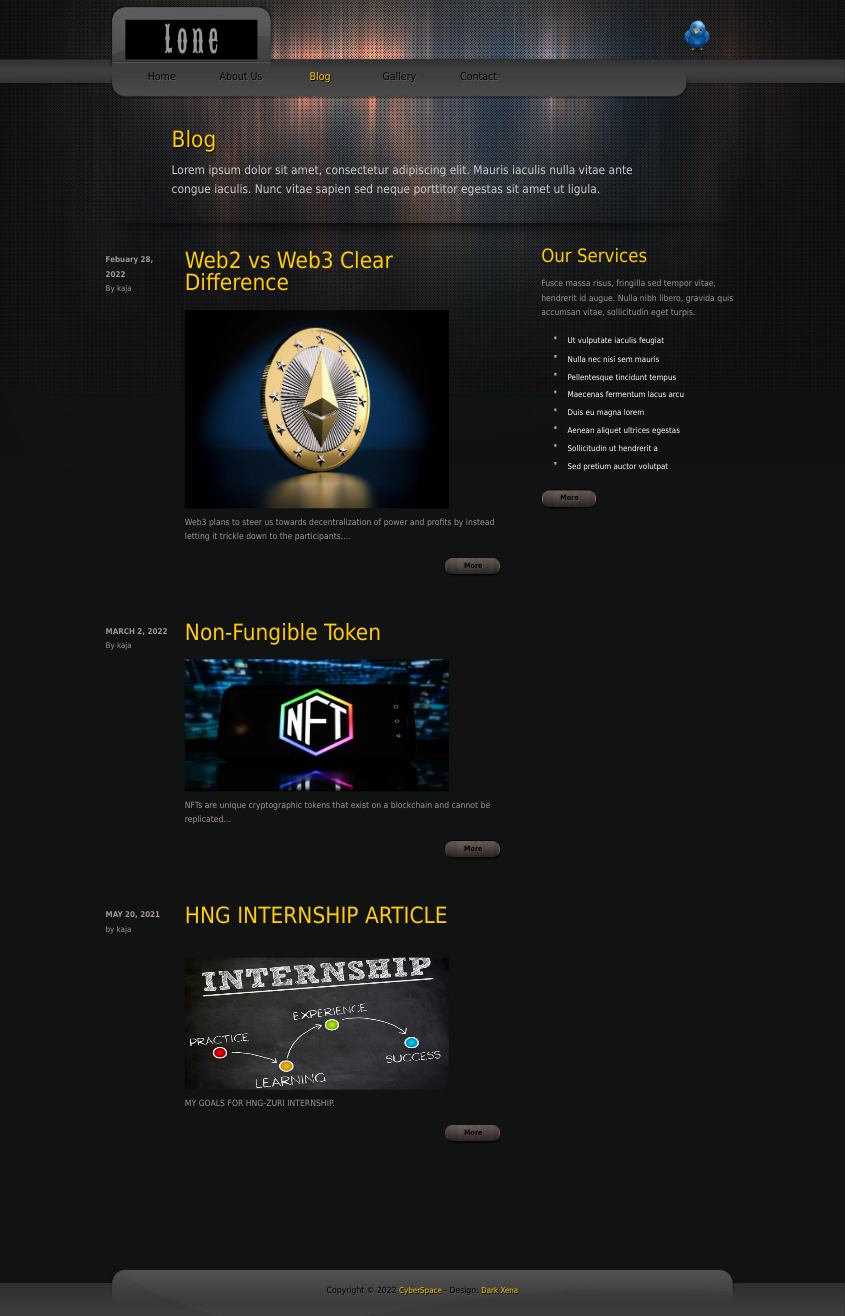
Repository: xenacode-art/Portfolio
Page: 2020_dark_pixel/blog.html
An editor plug-in stored every save of this project. The page is shown before and after the next save, followed by the edit.
The browser window is 1280 px wide. The pictures show the whole page, at 66% of full size.
Pictures or frames that could not be fetched are drawn as grey boxes.

Above is the page before, as saved 2022-03-08 00:50:16.

### 2020_dark_pixel/blog.html
<!DOCTYPE html PUBLIC "-//W3C//DTD XHTML 1.0 Transitional//EN" "http://www.w3.org/TR/xhtml1/DTD/xhtml1-transitional.dtd">
<html xmlns="http://www.w3.org/1999/xhtml">
<head>
<meta http-equiv="Content-Type" content="text/html; charset=utf-8" />
<!--
	Template 2020 Dark Pixel
    http://www.tooplate.com/view/2020-dark-pixel
-->
<title>Dark</title>
<meta name="keywords" content="" />
<meta name="description" content="" />
<link href="tooplate_style.css" rel="stylesheet" type="text/css" />
</head>
<body>

<div id="tooplate_wrapper">

    <div id="tooplate_header">

    	<div id="site_title"><h1><a href="#">Dark</a></h1></div>
        <div id="twitter"><a href="#"></a></div>

        <div id="tooplate_menu">
            <ul>
                <li><a href="index.html">Home</a></li>
                <li><a href="about.html">About Us</a></li>
                <li><a href="blog.html" class="current">Blog</a></li>
                <li><a href="gallery.html">Gallery</a></li>
                <li class="last"><a href="contact.html">Contact</a></li>
            </ul>
        </div> <!-- end of tooplate_menu -->

    </div> <!-- end of header -->

    <div id="tooplate_middle">
    	<div id="mid_title">
			Blog
        </div>
        <p>Lorem ipsum dolor sit amet, consectetur adipiscing elit. Mauris iaculis nulla vitae ante congue iaculis. Nunc vitae sapien sed neque porttitor egestas sit amet ut ligula.</p>
    </div> <!-- end of middle -->

    <div id="tooplate_main">
    	<div class="col_w960 hr_divider">

            	<div class="col_w300 lp_box float_r">
                    <h2>Our Services</h2>
                    <p>Fusce massa risus, fringilla sed tempor vitae, hendrerit id augue. Nulla nibh libero, gravida quis accumsan vitae, sollicitudin eget turpis.</p>
                    <ul class="tooplate_list">
                        <li><a href="#">Ut vulputate iaculis feugiat</a></li>
                        <li><a href="#">Nulla nec nisi sem mauris</a></li>
                        <li><a href="#">Pellentesque tincidunt tempus </a></li>
                        <li><a href="#">Maecenas fermentum lacus arcu</a></li>
                        <li><a href="#"> Duis eu magna lorem</a></li>
                        <li><a href="#">Aenean aliquet ultrices egestas</a></li>
                        <li><a href="#">Sollicitudin ut hendrerit a</a></li>
                        <li><a href="#">Sed pretium auctor volutpat</a></li>
                    </ul>

					<a class="more" href="#">More</a>
                </div>

                <div class="col_w600 float_l">
                    <div class="post_box">
                        <div class="post_box_date">
                            Febuary 28, 2022
                            <span>By kaja</span>
                        </div>

						<div class="post_box_content">
                            <h2><a href="#">Web2 vs Web3 Clear Difference </a></h2>
                          <img src="images/tooplate_image_08.jpg" alt="Image 08" width="400" height="300"/>
                            <p> Web3 plans to steer us towards decentralization of power and profits by instead letting
                                it trickle down to the participants....</p>
                        </div>

						<a class="more float_r" href="https://xenacod.hashnode.dev/web2-vs-web3-clear-difference">More</a>
                        <div class="cleaner"></div>
                    </div>

					<div class="post_box">
                        <div class="post_box_date">
                            MARCH 2, 2022
                            <span>By kaja</span>
                        </div>

						<div class="post_box_content">
                            <h2><a href="#">Non-Fungible Token </a></h2>
                          <img src="images/tooplate_image_06.jpg" alt="Image 06" width="400" height="200" />
                            <p>NFTs are unique cryptographic tokens that exist on a blockchain and cannot be replicated...
                            </p>
                        </div>

						<a class="more float_r" href="https://xenacod.hashnode.dev/non-fungible-token-nft">More</a>
                        <div class="cleaner"></div>
                    </div>

					<div class="post_box">
                        <div class="post_box_date">
                            MAY 20, 2021
                            <span>by kaja</span>
                        </div>

						<div class="post_box_content">
                            <h2><a href="#">HNG INTERNSHIP ARTICLE </a></h2><br>
                            <img src="images/tooplate_image_07.jpg" alt="Image 07" width="400" height="200" /><br />
                            <p>MY GOALS FOR HNG-ZURI INTERNSHIP.</p>
                        </div>
                        <a class="more float_r"
                            href="https://docs.google.com/document/d/1pHQ8y1Fp89hCQCAmHdlH2IQBF5wXl0S7gurmJ_4CBN4/edit?usp=sharing"
                            </a>More</a>
                        <div class="cleaner"></div>
                    </div>

                </div>

                <div class="cleaner"></div>
        </div>

    </div> <!-- end of main -->

</div> <!-- end of wrapper -->

<div id="tooplate_footer_wrapper">
    <div id="tooplate_footer">

        Copyright © 2022 <a href="#">CyberSpace</a> - Design: <a href="http://www.tooplate.com/view/2020-dark-pixel">Dark Xena</a>

    </div> <!-- end of tooplate_footer -->
</div>
<!--   Free Website Template by t o o p l a t e . c o m   -->
</body>
</html>

### 2020_dark_pixel/tooplate_style.css
/*

Template 2020 Dark Pixel

http://www.tooplate.com/view/2020-dark-pixel

*/

body {
	margin: 0;
	padding: 0;
	color: #9c9893;
	font-family: Tahoma, Geneva, sans-serif;
	font-size: 13px;
	line-height: 1.7em;
	background-color: #111212;
	background-image: url(images/tooplate_body.jpg);
	background-repeat: repeat-x;
	background-position: top center
}

a, a:link, a:visited {
	color: #f9b507;
	font-weight: normal;
	text-decoration: underline;
	font-size: 12px;
}

a:hover {
	text-decoration:none;
}

a.more {
	display: block;
	width: 86px;
	height: 29px;
	padding: 2px 0 0;
	text-align: center;
	text-decoration: none;
	font-weight: 700;
	font-size: 11px;
	background: url(images/tooplate_more.png)  no-repeat top center;
	color: #000;
	text-shadow: 1px 1px 1px #625953
}

a.more:hover {
	color: #fff;
	text-shadow: 1px 1px 1px #000
}

p { margin: 0 0 10px 0; padding: 0; }
img { border: none; }
blockquote { font-style: italic; margin: 0 0 0 10px;}
cite { font-weight: bold; color:#fff; }
cite span { color: #fff; }
em { color: #c8690a; }

h1, h2, h3, h4, h5, h6 { color: #ffcc00; font-weight: normal; }
h1 { font-size: 34px; margin: 0 0 20px; padding: 5px 0 }
h2 { font-size: 28px; margin: 0 0 15px; padding: 5px 0; }
h3 { font-size: 24px; margin: 0 0 15px; padding: 0; }
h4 { font-size: 18px; margin: 0 0 15px; padding: 0; }
h5 { font-size: 16px; margin: 0 0 10px; padding: 0;  }
h6 { font-size: 14px; margin: 0 0 5px; padding: 0; }

.cleaner { clear: both }
.h10 { height: 10px }
.h20 { height: 20px }
.h30 { height: 30px }
.h40 { height: 40px }
.h50 { height: 50px }
.h60 { height: 60px }

.float_l { float: left }
.float_r { float: right }

.image_wrapper {
	display: inline-block;
	border: 1px solid #414141;
	padding: 4px;
	background: #000;
	margin-bottom: 5px
}

.image_fl {
	float: left;
	margin: 3px 30px 0 0
}

.image_fr {
	float: right;
	margin: 3px 0 0 30px
}

.tooplate_list {
	margin: 20px 0 20px 20px;
	padding: 0;
	list-style: none;
}

.tooplate_list li {
	color:#fff;
	margin: 0;
	padding: 0 0 5px 20px;
	background: url(images/tooplate_list.png) no-repeat scroll 0 5px;
}

.tooplate_list li a {
	color: #fff;
	font-weight: normal;
	font-size: 12px;
	text-decoration: none;
}

.tooplate_list li a:hover {
	text-decoration: underline;
}

#tooplate_wrapper {
	width: 960px;
	margin: 0 auto;
	padding: 0 10px;
	background: url(images/tooplate_body.jpg) top center no-repeat
}

#tooplate_header {
	clear: both;
	width: 940px;
	height: 130px;
	padding: 10px;
	background: url(images/tooplate_header.jpg) top center no-repeat
}

#site_title {
	float: left;
	width: 240px;
	height: 55px;
	margin: 20px auto;
}

#site_title h1 {
	margin: 0;
	padding: 0;
}

#site_title h1 a {
	display: block;
	width: 240px;
	height: 60px;
	color: #fff;
	outline: none;
	text-indent: -10000px;
	background: url(images/tooplate_logo.png) no-repeat top center
}

#twitter a{
	float: right;
	font-weight: normal;
	display: block;
	padding: 25px 55px 25px 0;
	margin: 20px 30px 0 0;
	color: #000;
	font-size: 18px;
	background: url(images/twitter.png)  no-repeat right center
}

/* menu */

#tooplate_menu {
	clear: both;
	width: 910px;
	padding: 0 15px;
	background: url(images/tooplate_menu.png)
}

#tooplate_menu ul {
	margin: 0 auto;
	padding: 0;
	list-style: none;
}

#tooplate_menu ul li {
	padding: 0;
	margin: 0;
	display: inline;
}

#tooplate_menu ul .last { background: none }

#tooplate_menu ul li a {
	float: left;
	display: block;
	width: 120px;
	padding: 0;
	font-size: 16px;
	color: #000;
	text-shadow: 1px 1px 1px #5f5f5f;
	text-align: center;
	text-decoration: none;
	font-weight: 400;
	outline: none;
	border: none;
}

#tooplate_menu ul li a:hover, #tooplate_menu ul .current {
	color: #ffcc00;
	text-shadow: 1px 1px 1px #000
}

/* end of menu */

#tooplate_middle {
	clear: both;
	width: 760px;
	padding: 50px 100px 60px;
	overflow: hidden;
	background: url(images/tooplate_mid_divider.png) bottom center no-repeat
}

#mid_title {
	font-size: 34px;
	font-weight: 400;
	color: #ffcc00;
	margin-bottom: 20px;
	text-shadow: 1px 1px 3px #000
}

#tooplate_middle p {
	width: 700px;
	font-size: 18px;
	color: #ccc;
	line-height: 30px;
}

/* main */

#tooplate_main {
	clear: both;
	width: 960px;
	padding: 0 0 40px;
	margin: 0;
}

.col_w960 { width: 960px; margin-bottom: 60px }
.col_w600 { width: 600px }
.col_w450 { width: 450px }
.col_w300 { width: 300px }
.col_w200 { width: 200px }
.col_allw300 { float: left; width: 300px; margin-right: 30px }
.col_last { margin: 0 }

.frontpage_box h2 {
	font-size: 20px;
	padding: 0;
	margin-bottom: 5px;
	color: #ffcc00;
}

.frontpage_box img {
	float: left; margin-right: 15px;
}

.frontpage_box a.more {
	margin-top: 15px;
}

.tagline {
	display: block;
	font-size: 11px;
	font-weight: bold;
	font-style: italic;
	color: #666;
	margin-bottom: 20px
}

.lp_frontpage {
	margin: 0;
	padding: 0;
	list-style: none
}

.lp_frontpage li {
	margin: 0;
	padding: 0;
	display: inline
}

.lp_frontpage li a {
	float: left;
	display: block;
	width: 200px;
	height: 100px;
	margin: 0 10px 10px 0
}

.lp_frontpage li a img {
	width: 190px;
	height: 90px;
	border: 1px solid #203252;
	padding: 4px;
}

.sb_lp_box { clear: both; margin-bottom: 20px }
.sb_lp_box img { width: 280px; height: 140px; padding: 9px; border: 1px solid #ccc }


#gallery {
	margin: 0;
	padding: 0
}

#gallery .gallery_box {
	clear: both;
	margin-bottom: 30px;
	padding-bottom: 30px;
	background: url(../images/tooplate_hr_divider.png) bottom repeat-x
}

#gallery .gallery_box img {
	float: left;
	width: 420px;
	height: 200px;
	border: 1px solid #ccc;
	padding: 9px;
	margin-right: 40px;
	background: #fff
}

#gallery .last_box {
	margin-bottom: 0;
	padding-bottom: 0;
	background: none
}

.news_box { margin-bottom: 60px }
.news_box h2 { font-size: 16px; margin-bottom: 0 }
.news_box p.date { color: #000; margin-bottom: 0 }
.news_box img { float: left; width: 100px; height: 100px; border: 5px solid #ccc; margin-right: 20px; }
.news_box a.more { float: right; }

.post_box {
	clear: both;
	margin-bottom: 30px;
	padding-bottom: 30px;
	background: repeat-x bottom;
}

.post_box_date {
	float: left;
	width: 100px;
	font-size: 12px;
	font-weight: bold;
	padding-top:10px;
}

.post_box_date span {
	display: block;
	font-weight: normal;
}

.post_box_content {
	float: right;
	width: 480px
}

.post_box_content img {
	margin-bottom: 10px
}

.post_box h2 {
	font-size: 34px;
	margin-bottom: 20px;
}

.post_box h2 a {
	color: #ffcc00;
	font-size: 34px;
	font-weight: normal;
	line-height: 34px;
	margin-bottom: 20px;
	text-decoration: none
}

.post_box h2 a span {
	font-size: 12px;
	color: #333
}

.post_box p {
	margin-bottom: 0;
}

.post_box p.date {
	font-size: 10px;
	font-weight: 700;
	color: #0e4369
}

.post_box .more {
	clear: both;
	float: right;
	margin-top: 20px;
}

.lbe_box {
	clear: both;
	margin-bottom: 20px;
}

.lbe_date {
	float: left;
	width: 100px;
	font-size: 12px;
	font-weight: bold;
}

.lbe_date span {
	display: block;
	font-weight: normal;
}

.lbe_content {
	float: right;
	width: 320px;
}

.lbe_box h3 {
	font-size: 16px;
	margin-bottom: 0;
}

.lbe_box h3 a {
	color: #f9b507;
	font-size: 16px;
	font-weight: normal;
}

.lbe_box h3 a span {
	font-size: 12px;
	color: #333;
}

.lbe_box p {
	margin-bottom: 0;
}

.lbe_box p.date {
	font-size: 10px;
	font-weight: 700;
	color: #f9b507;
}

#cp_contact_form {
	padding: 0;
	width: 400px
}

#cp_contact_form form {
	margin: 0px;
	padding: 0px;
}

#cp_contact_form form .input_field {
	width: 388px;
	padding: 5px;
	color: #aaa;
	border: 1px solid #3b3a3a;
	background: #1b1a1a;
	font-family: Verdana,Geneva,sans-serif;
    font-size: 12px;
	margin-top: 5px;
}

#cp_contact_form form label {
	display: block;
	width: 220px;
	margin-right: 10px;
	font-size: 13px;
	color: #ccc;
}

#cp_contact_form form textarea {
	width: 388px;
	height: 160px;
	padding: 5px;
	color: #aaa;
	border: 1px solid #3b3a3a;
	background: #1b1a1a;
	font-family: Verdana,Geneva,sans-serif;
    font-size: 12px;
	margin-top: 5px;
}

#cp_contact_form form .submit_btn  {
	margin: 5px 0px;
	padding: 3px 14px;
	font-weight: bold;
	color: #aaa;
	border: 1px solid #3b3a3a;
	background: #1b1a1a;
}

#map img {
	width: 300px;
	height: 200px;
	border: 1px solid #999;
	padding: 5px;
}

#tooplate_footer_wrapper {
	margin-top: 30px;
	clear: both;
	width: 100%;
	background: url(images/tooplate_footer_repeat.jpg) repeat-x top
}

#tooplate_footer {
	clear: both;
	width: 960px;
	height: 30px;
	padding: 20px 14px;
	text-align: center;
	color: #000;
	text-shadow: 1px 1px 1px #585858;
	margin: 0 auto;
	background: url(images/tooplate_footer.jpg) no-repeat top
}

#tooplate_footer a {
	font-weight: normal;
	color: #ffcc00;
	text-decoration: none;
	text-shadow: 1px 1px 1px #000
}

After the next save:
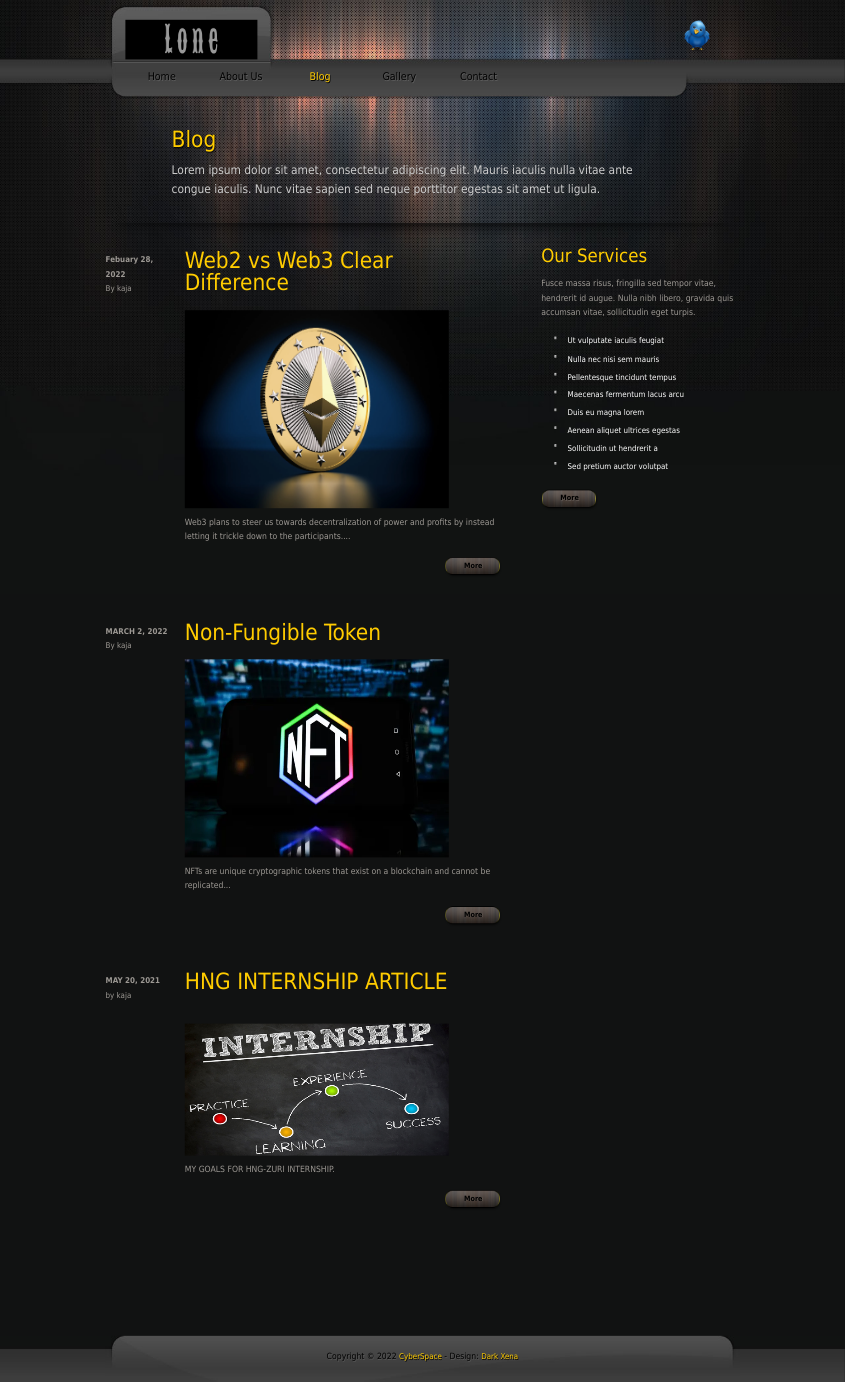
Saved 8 s later.
--- a/2020_dark_pixel/blog.html
+++ b/2020_dark_pixel/blog.html
@@ -85,7 +85,7 @@
 
 						<div class="post_box_content">
                             <h2><a href="#">Non-Fungible Token </a></h2>
-                          <img src="images/tooplate_image_06.jpg" alt="Image 06" width="400" height="200" />
+                          <img src="images/tooplate_image_06.jpg" alt="Image 06" width="400" height="300" />
                             <p>NFTs are unique cryptographic tokens that exist on a blockchain and cannot be replicated...
                             </p>
                         </div>
